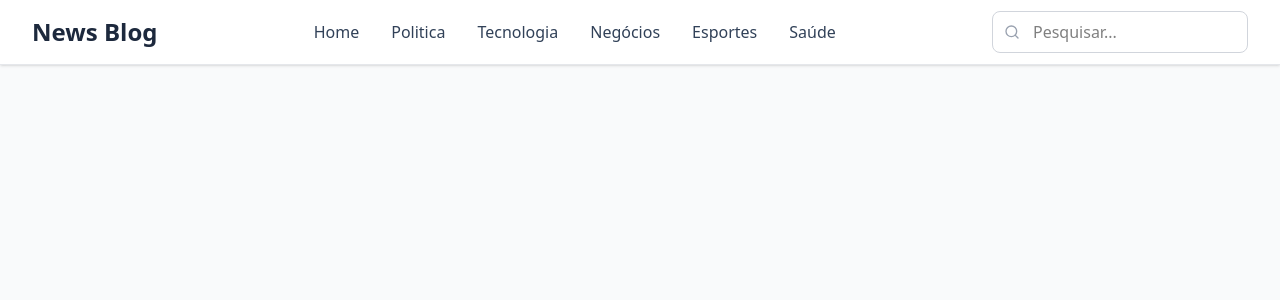
Repository: estevam02009/news-blog
Page: /
The author's editor kept a copy of each file at every save. The page is drawn from the files as they stood at one save, then again after the next save.
The browser window is 1280 px wide. The pictures show the whole page.
The project was rebuilt for these pictures with package versions that can differ from the ones it lists, and the page was loaded fresh each time. Also part of the build but not shown: vite.config.ts.

Above is the page before, as saved 2025-08-08 17:02:03.

### index.html
<!doctype html>
<html lang="pt-BR">
  <head>
    <meta charset="UTF-8" />
    <link rel="icon" type="image/svg+xml" href="/vite.svg" />
    <meta name="viewport" content="width=device-width, initial-scale=1.0" />
    <title>News Blog</title>
  </head>
  <body>
    <div id="root"></div>
    <script type="module" src="/src/main.tsx"></script>
  </body>
</html>

### src/App.tsx
import Header from "./components/Header"

function App() {

  return (
    <div className="min-h-screen bg-gray-50">
      <Header />
    </div>
  )
}

export default App

### src/components/Header.tsx
import React from 'react'
import { Search, Menu, Bell, User } from 'lucide-react'

const Header: React.FC = () => {
    return (
        <header className='bg-white shadow-sm border-b border-gray-200 sticky top-0 z-50'>
            <div className='max-w-7xl mx-auto px-4 sm:px-6 lg:px-8'>
                <div className='flex items-center justify-between h-16'>
                    {/* LOGO */}
                    <div className='flex items-center'>
                        <h1 className='text-2xl font-bold text-slate-800'>News Blog</h1>
                    </div>

                    {/* Desktop Navigation */}
                    <nav className='hidden md:flex items-center space-x-8'>
                        <a href='/' className='text-slate-700 hover:text-blue-600 font-medium transition-colors'>Home</a>
                        <a href='#' className='text-slate-700 hover:text-blue-600 font-medium transition-colors'>Politica</a>
                        <a href='#' className='text-slate-700 hover:text-blue-600 font-medium transition-colors'>Tecnologia</a>
                        <a href='#' className='text-slate-700 hover:text-blue-600 font-medium transition-colors'>Negócios</a>
                        <a href='#' className='text-slate-700 hover:text-blue-600 font-medium transition-colors'>Esportes</a>
                        <a href='#' className='text-slate-700 hover:text-blue-600 font-medium transition-colors'>Saúde</a>
                    </nav>

                    {/* Pesquisa e Ações */}
                    <div className='flex items-center space-x-4'>
                        <div className='relative hidden sm:block'>
                            <Search className='absolute top-1/2 left-3 transform -translate-y-1/2  h-4 w-4 text-gray-400' />
                            <input
                                type='text'
                                placeholder='Pesquisar...'
                                className='pl-10 pr-4 py-2 border border-gray-300 rounded-lg focus:ring-2 focus:ring-blue-500 focus:border-transparent w-64'
                            />
                        </div>
                    </div>
                </div>
            </div>
        </header>
    )
}

export default Header

Loaded but not shown: src/main.tsx (common file); src/index.css (common file)

After the next save:
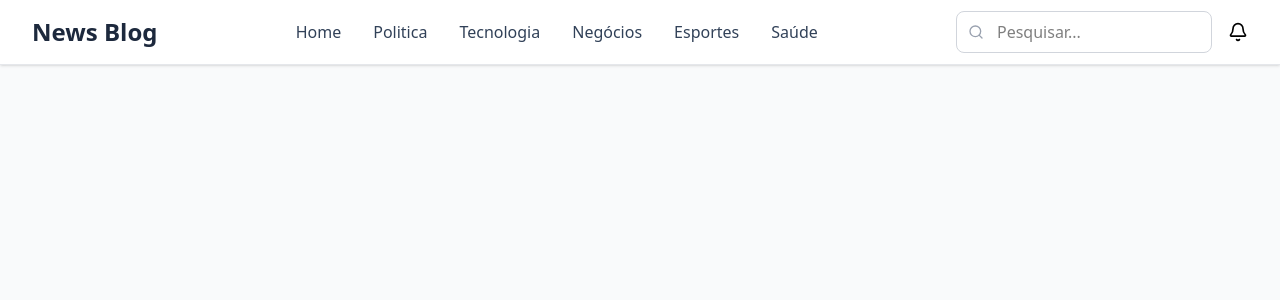
Saved 71 s later.
--- a/src/components/Header.tsx
+++ b/src/components/Header.tsx
@@ -31,6 +31,9 @@ const Header: React.FC = () => {
                                 className='pl-10 pr-4 py-2 border border-gray-300 rounded-lg focus:ring-2 focus:ring-blue-500 focus:border-transparent w-64'
                             />
                         </div>
+                        <button>
+                            <Bell className='h-5 w-5' />
+                        </button>
                     </div>
                 </div>
             </div>
